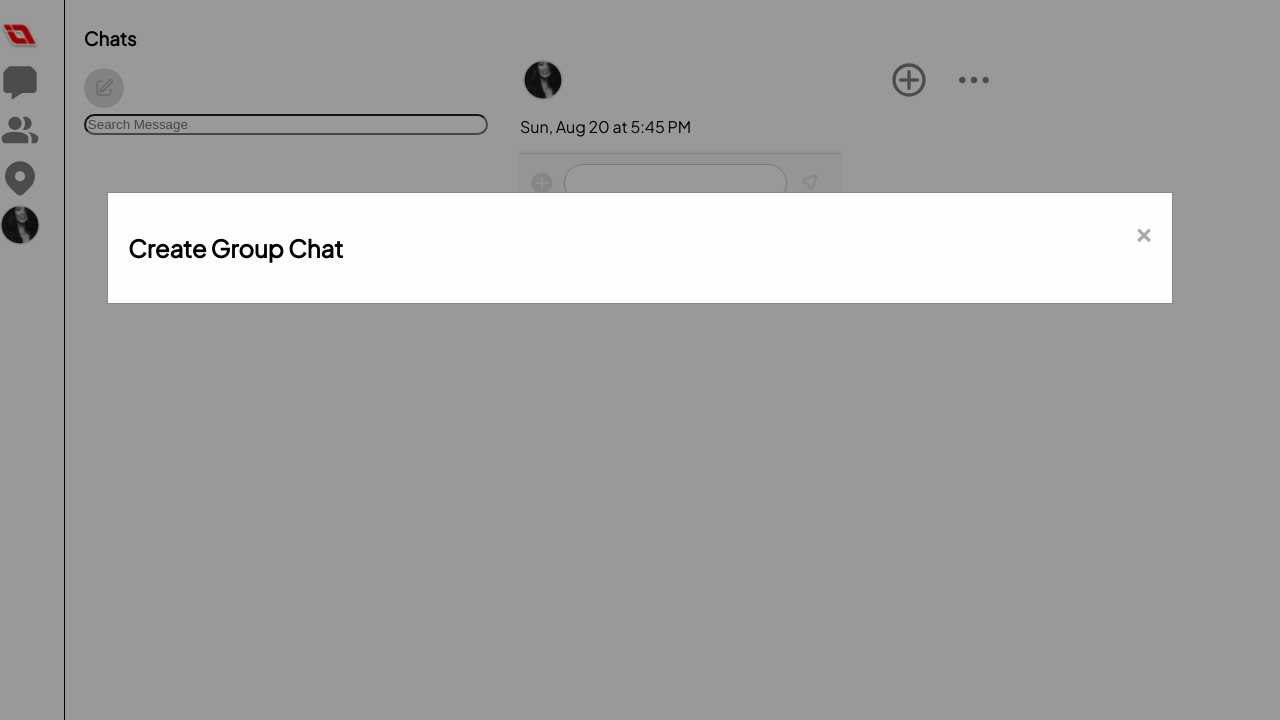
Repository: Nicktacku/LawChat
Page: /homechat (app in frontend/lawchat/)
These files come from the project's save history. The page is drawn as it stood at one moment and after the next save; the edit follows.
The browser window is 1280 px wide. The pictures show the whole page.
The page's requests for data from a server got no answer. The project was rebuilt for these pictures with package versions that can differ from the ones it lists, and the page was loaded fresh each time. No one was signed in, and anything a server would have sent is missing. Also part of the build but not shown: frontend/lawchat/src/styles/button.css, frontend/lawchat/src/components/Button.js, frontend/lawchat/src/pages/Home.js, frontend/lawchat/src/pages/Login.js, frontend/lawchat/src/styles/chatpreview.css, frontend/lawchat/src/components/ChatPreview.js, frontend/lawchat/src/components/ChatBubble.js, frontend/lawchat/src/pages/Test.js.

Above is the page before, as saved 2024-08-16 16:16:21.

After the next save:
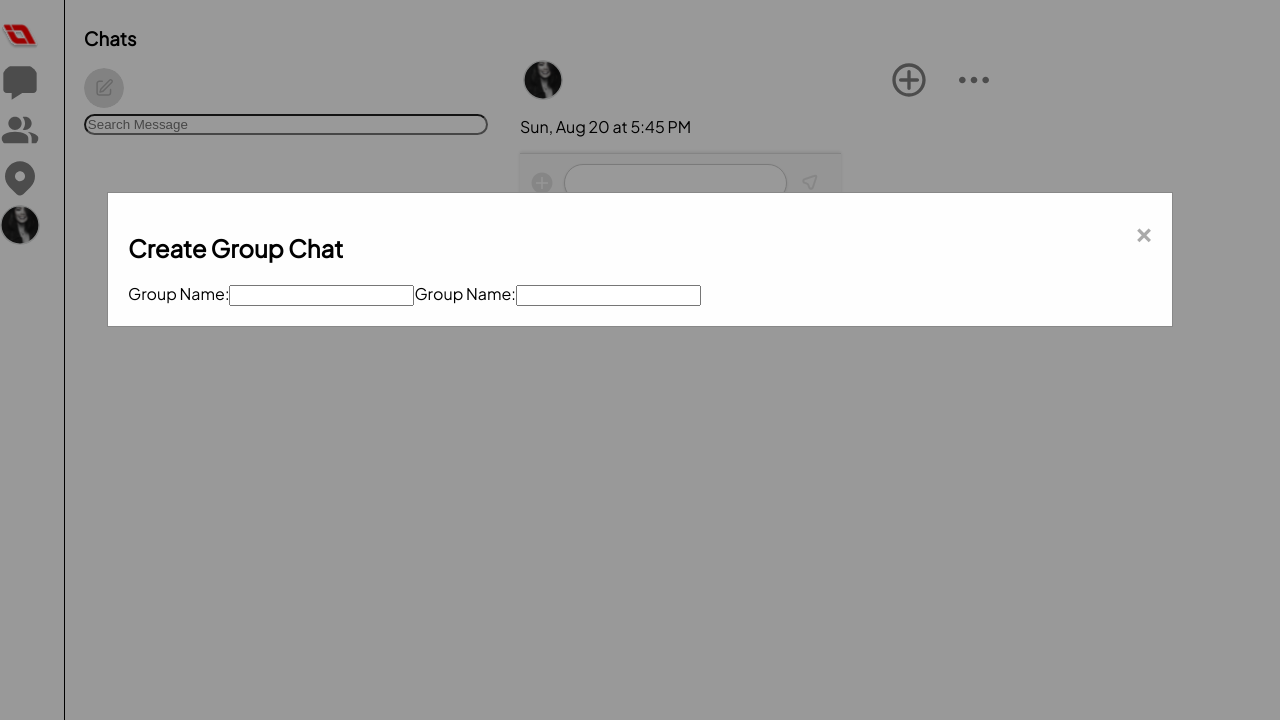
Saved 65 s later.
--- a/frontend/lawchat/src/pages/HomeChat.js
+++ b/frontend/lawchat/src/pages/HomeChat.js
@@ -117,7 +117,12 @@ const HomeChat = () => {
           <div class="modal-content">
             <span class="close">&times;</span>
             <h2>Create Group Chat</h2>
-            <form></form>
+            <form>
+              <label>Group Name:</label>
+              <input type="text" />
+              <label>Group Name:</label>
+              <input type="text" />
+            </form>
           </div>
         </div>
         <form>
